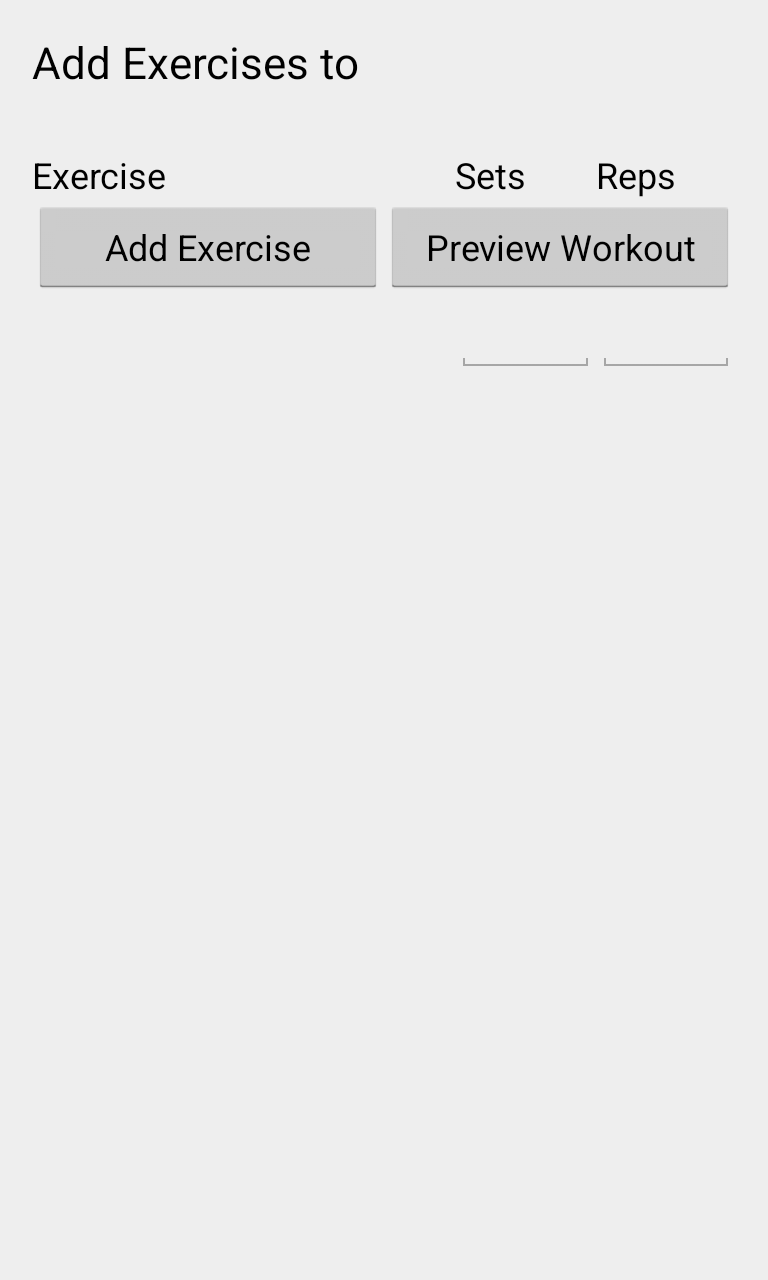
Repository: jmcdon09/EZWorkout
Layout: EzTrain/EzTrain/res/layout/activity_add_exercises.xml
An editor plug-in stored every save of this project. The layout is shown before and after the next save, followed by the edit.
It is drawn on a 768 x 1280 px phone screen (xhdpi) without system bars, with theme AppTheme; the app's code is not run. Lists and similar views that code fills are empty.

Above is the layout before, as saved 2014-03-29 05:01:30.

### EzTrain/EzTrain/res/layout/activity_add_exercises.xml
<LinearLayout xmlns:android="http://schemas.android.com/apk/res/android"
    xmlns:tools="http://schemas.android.com/tools"
    android:id="@+id/LinearLayout1"
    android:layout_width="match_parent"
    android:layout_height="match_parent"
    android:background="@color/background"
    android:orientation="vertical"
    android:paddingBottom="@dimen/activity_vertical_margin"
    android:paddingLeft="@dimen/activity_horizontal_margin"
    android:paddingRight="@dimen/activity_horizontal_margin"
    android:paddingTop="@dimen/activity_vertical_margin"
    tools:context=".AddExercises" >

    <LinearLayout
        android:layout_width="match_parent"
        android:layout_height="wrap_content" >

        <TextView
            android:id="@+id/adding_exercises"
            android:layout_width="wrap_content"
            android:layout_height="wrap_content"
            android:text="@string/add_exercise_to_workout"
            android:textAppearance="?android:attr/textAppearanceLarge" />

        <TextView
            android:id="@+id/workout_name"
            android:layout_width="wrap_content"
            android:layout_height="wrap_content"
            android:textAppearance="?android:attr/textAppearanceLarge" />
    </LinearLayout>

    <TextView
        android:id="@+id/muscle_group"
        android:layout_width="wrap_content"
        android:layout_height="wrap_content"
        android:textAppearance="?android:attr/textAppearanceLarge" />

    <ListView
        android:id="@+id/exercise_list"
        android:layout_width="match_parent"
        android:layout_height="wrap_content" >
    </ListView>

    <LinearLayout
        android:layout_width="match_parent"
        android:layout_height="wrap_content"
        android:weightSum="100" >

        <TextView
            android:id="@+id/add_exercise_exercise"
            android:layout_width="fill_parent"
            android:layout_height="wrap_content"
            android:layout_weight="20"
            android:text="@string/exercise"
            android:textAppearance="?android:attr/textAppearanceMedium" />

        <TextView
            android:id="@+id/add_exercise_set"
            android:layout_width="fill_parent"
            android:layout_height="wrap_content"
            android:layout_weight="40"
            android:text="@string/sets"
            android:textAppearance="?android:attr/textAppearanceMedium" />

        <TextView
            android:id="@+id/add_exercise_rep"
            android:layout_width="fill_parent"
            android:layout_height="wrap_content"
            android:layout_weight="40"
            android:text="@string/reps"
            android:textAppearance="?android:attr/textAppearanceMedium" />
    </LinearLayout>

    <LinearLayout
        android:layout_width="match_parent"
        android:layout_height="wrap_content"
        android:weightSum="100" >

        <Button
            android:id="@+id/add_exercise"
            android:layout_width="fill_parent"
            android:layout_height="wrap_content"
            android:layout_weight="50"
            android:text="@string/add_exercise" />

        <Button
            android:id="@+id/preview_workout"
            android:layout_width="fill_parent"
            android:layout_height="wrap_content"
            android:layout_weight="50"
            android:text="@string/preview_workout" />
    </LinearLayout>

    <LinearLayout
        android:layout_width="match_parent"
        android:layout_height="wrap_content"
        android:weightSum="100" >

        <TextView
            android:id="@+id/add_exercise_name"
            android:layout_width="fill_parent"
            android:layout_height="wrap_content"
            android:layout_weight="20"
            android:textAppearance="?android:attr/textAppearanceMedium" />

        <EditText
            android:id="@+id/add_exercise_set_input"
            android:layout_width="fill_parent"
            android:layout_height="wrap_content"
            android:layout_weight="40"
            android:ems="10"
            android:inputType="number" />

        <EditText
            android:id="@+id/add_exercise_rep_input"
            android:layout_width="fill_parent"
            android:layout_height="wrap_content"
            android:layout_weight="40"
            android:ems="10"
            android:inputType="number" />
    </LinearLayout>

</LinearLayout>

### EzTrain/EzTrain/res/values-v11/styles.xml
<?xml version="1.0" encoding="utf-8"?>
<resources>

    <!--
        Base application theme for API 11+. This theme completely replaces
        AppBaseTheme from res/values/styles.xml on API 11+ devices.
    -->
    <style name="AppBaseTheme" parent="android:Theme.Holo.Light">
        <!-- API 11 theme customizations can go here. -->
    </style>

    <style name="FullscreenTheme" parent="android:Theme.Holo">
        <item name="android:actionBarStyle">@style/FullscreenActionBarStyle</item>
        <item name="android:windowActionBarOverlay">true</item>
        <item name="android:windowBackground">@null</item>
        <item name="buttonBarStyle">?android:attr/buttonBarStyle</item>
        <item name="buttonBarButtonStyle">?android:attr/buttonBarButtonStyle</item>
    </style>

    <style name="FullscreenActionBarStyle" parent="android:Widget.Holo.Light.ActionBar">
        <item name="android:background">@color/action_bar_background</item>
        <item name="android:actionMenuTextColor">@color/black_overlay</item>
    </style>

</resources>

### EzTrain/EzTrain/res/values-v14/styles.xml
<resources>

    <!--
        Base application theme for API 14+. This theme completely replaces
        AppBaseTheme from BOTH res/values/styles.xml and
        res/values-v11/styles.xml on API 14+ devices.
    -->
    <style name="AppBaseTheme" parent="@android:style/Theme.Holo.Light.DarkActionBar">
        <!-- API 14 theme customizations can go here. -->
        <item name="android:actionBarStyle">@style/MyActionBar</item>


    </style>

    <style name="MyActionBar" parent="@android:style/Widget.Holo.Light.ActionBar">
        <item name="android:background">@color/action_bar_background</item>
        <item name="android:titleTextStyle">@style/MyActionBarTitle</item>
    </style>

	<style name="MyActionBarTitle" parent="@android:style/TextAppearance.Holo.Widget.ActionBar.Title">
	    <item name="android:textColor">@color/title</item>

	</style>



</resources>

### EzTrain/EzTrain/res/values/colors.xml
<resources>

    <color name="action_bar_background">#4db6af</color>
    <color name="black_overlay">#66000000</color>
    <color name="background">#eee</color>
    <color name="font">#444</color>
    <color name="accent">#ccc</color>
    <color name="title">#FFF</color>

</resources>

### EzTrain/EzTrain/res/values/strings.xml
<?xml version="1.0" encoding="utf-8"?>
<resources>

    <string name="app_name">EZWorkout</string>

    <string-array name="muscle_groups">
        <item>Arms</item>
        <item>Abdominals</item>
        <item>Chest</item>
        <item>Back</item>
        <item>Legs</item>
        <item>Shoulders</item>
    </string-array>

    <string-array name="my_workouts">
        <item>Biceps</item>
        <item>Major Chest Workout</item>
    </string-array>

    <string-array name="chest">
        <item>Benchpress</item>
        <item>Butterflys</item>
        <item>Push Ups</item>
        <item>Iron Cross</item>
        <item>Decline Dumbell Press</item>
        <item></item>
    </string-array>

    <string-array name="arms">
        <item>Bicep Curls</item>
        <item>Spider Curls</item>
        <item>Tricep Dips</item>
        <item>Skullcrushers</item>
        <item>French Press</item>
    </string-array>

    <string-array name="shoudlers">
        <item>Shoulder Abduction</item>
        <item>Military Press</item>
    </string-array>

    <string-array name="abdominals">
        <item>Crunches</item>
        <item>Russian Twists</item>
        <item>Sit-ups</item>
        <item>Toe Touches</item>
    </string-array>

    <string-array name="legs">
        <item>One Legged Squats</item>
        <item>Romanian Deadlifts</item>
        <item>Trap Bar Deadlifts</item>
        <item>Box Jumps</item>
    </string-array>

    <string-array name="back">
        <item>Standing Good Mornings</item>
        <item>Seated Good Mornings</item>
        <item>Reverse Hypers</item>
        <item>Chin Ups</item>
    </string-array>

    <string name="workout_now">Start Workout</string>
    <string name="progress">My Progress</string>
    <string name="design_work">Design Workout</string>
    <string name="title_activity_start_workout">Start Workout</string>
    <string name="title_activity_my_progress">My Progress</string>
    <string name="title_activity_design_workout">Design Workout</string>
    <string name="title_activity_add_exercises">Add Exercises</string>
    <string name="title_activity_create_exercise">Create Exercise</string>
    <string name="title_activity_preview_workout">Preview Workout</string>
    <string name="title_activity_my_workouts">My Workouts</string>
    <string name="title_activity_workout">Workout</string>
    <string name="title_activity_active_workout">Active Workout</string>
    <string name="workout_name">Workout Name</string>
    <string name="return_workout"></string>
    <string name="action_settings">Action Settings</string>
    <string name="add_exercise_to_workout">Add Exercises to </string>
    <string name="add_exercise">Add Exercise</string>
    <string name="begin_design">Start Design</string>
    <string name="create_exercise">Create Exercise</string>
    <string name="muscle_group">Muscle Group</string>
    <string name="workout_description">Workout Description</string>
    <string name="my_workouts">My Workouts</string>
    <string name="start_workout">Start Workout</string>
    <string name="browse_workouts">Browse Workouts</string>
    <string name="exercise_name">Exercise Name</string>
    <string name="rep_hint">Rep hint goes here</string>
    <string name="action_home">Home</string>
    <string name="exercise1">Bench press </string>
    <string name="set1">4</string>
    <string name="rep1">8#821112</string>
    <string name="hello_world">Hello world!</string>
    <string name="preview_workout">Preview Workout</string>
    <string name="title_activity_preview_design">Preview Design</string>
    <string name="exercise">Exercise</string>
    <string name="sets">Sets</string>
    <string name="reps">Reps</string>
    <string name="weight">Weight</string>



</resources>

Loaded but not shown: EzTrain/EzTrain/res/values/styles.xml (common file); EzTrain/EzTrain/res/values/dimens.xml (common file)

After the next save:
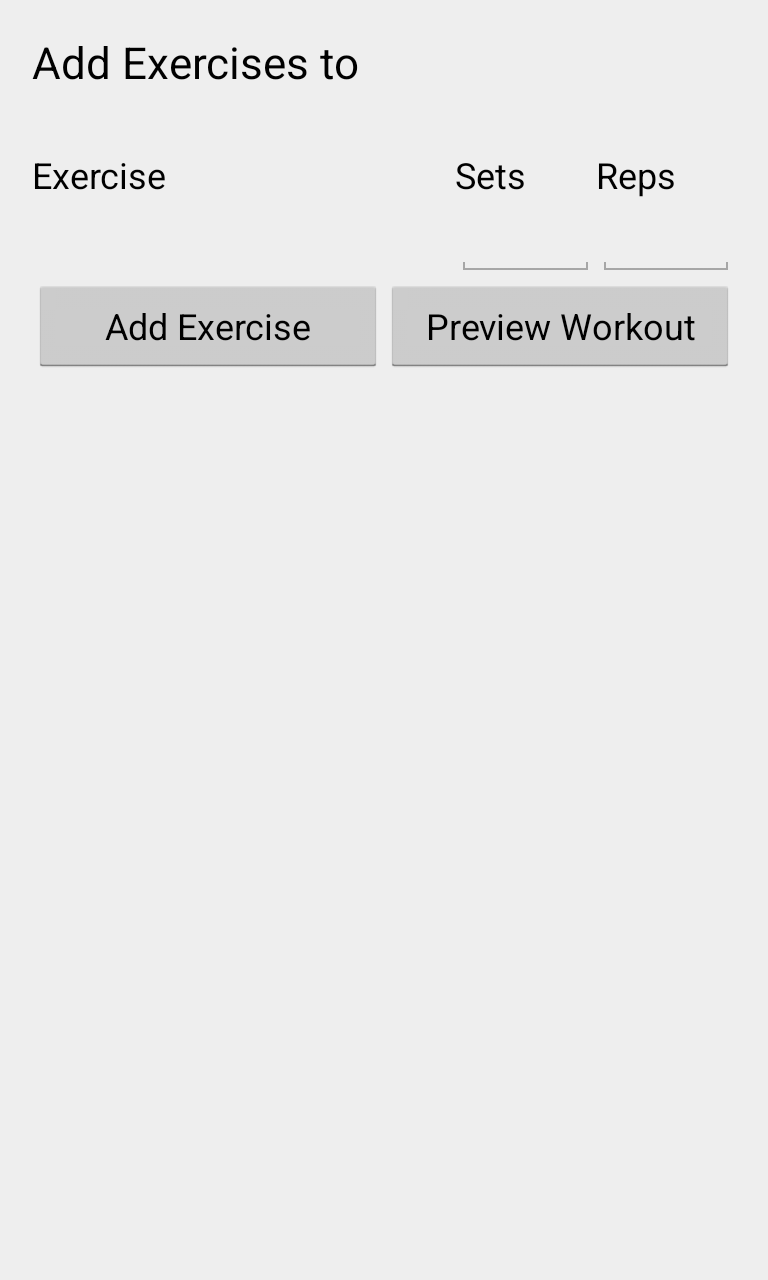
Saved 9 s later.
--- a/EzTrain/EzTrain/res/layout/activity_add_exercises.xml
+++ b/EzTrain/EzTrain/res/layout/activity_add_exercises.xml
@@ -71,7 +71,28 @@
             android:textAppearance="?android:attr/textAppearanceMedium" />
     </LinearLayout>
 
-    <LinearLayout
+    <LinearLayout android:layout_width="match_parent" android:layout_height="wrap_content" android:weightSum="100">
+
+        <TextView android:id="@+id/add_exercise_name"
+            android:layout_width="fill_parent"
+            android:layout_height="wrap_content"
+            android:layout_weight="20"
+            android:textAppearance="?android:attr/textAppearanceMedium" />
+
+        <EditText android:id="@+id/add_exercise_set_input"
+             android:layout_width="fill_parent"
+             android:layout_height="wrap_content"
+             android:layout_weight="40"
+             android:ems="10"
+             android:inputType="number" />
+
+        <EditText android:id="@+id/add_exercise_rep_input"
+            android:layout_width="fill_parent"
+            android:layout_height="wrap_content"
+            android:layout_weight="40" android:ems="10"
+            android:inputType="number" />
+
+    </LinearLayout><LinearLayout
         android:layout_width="match_parent"
         android:layout_height="wrap_content"
         android:weightSum="100" >
@@ -91,33 +112,6 @@
             android:text="@string/preview_workout" />
     </LinearLayout>
 
-    <LinearLayout
-        android:layout_width="match_parent"
-        android:layout_height="wrap_content"
-        android:weightSum="100" >
 
-        <TextView
-            android:id="@+id/add_exercise_name"
-            android:layout_width="fill_parent"
-            android:layout_height="wrap_content"
-            android:layout_weight="20"
-            android:textAppearance="?android:attr/textAppearanceMedium" />
-
-        <EditText
-            android:id="@+id/add_exercise_set_input"
-            android:layout_width="fill_parent"
-            android:layout_height="wrap_content"
-            android:layout_weight="40"
-            android:ems="10"
-            android:inputType="number" />
-
-        <EditText
-            android:id="@+id/add_exercise_rep_input"
-            android:layout_width="fill_parent"
-            android:layout_height="wrap_content"
-            android:layout_weight="40"
-            android:ems="10"
-            android:inputType="number" />
-    </LinearLayout>
 
 </LinearLayout>
